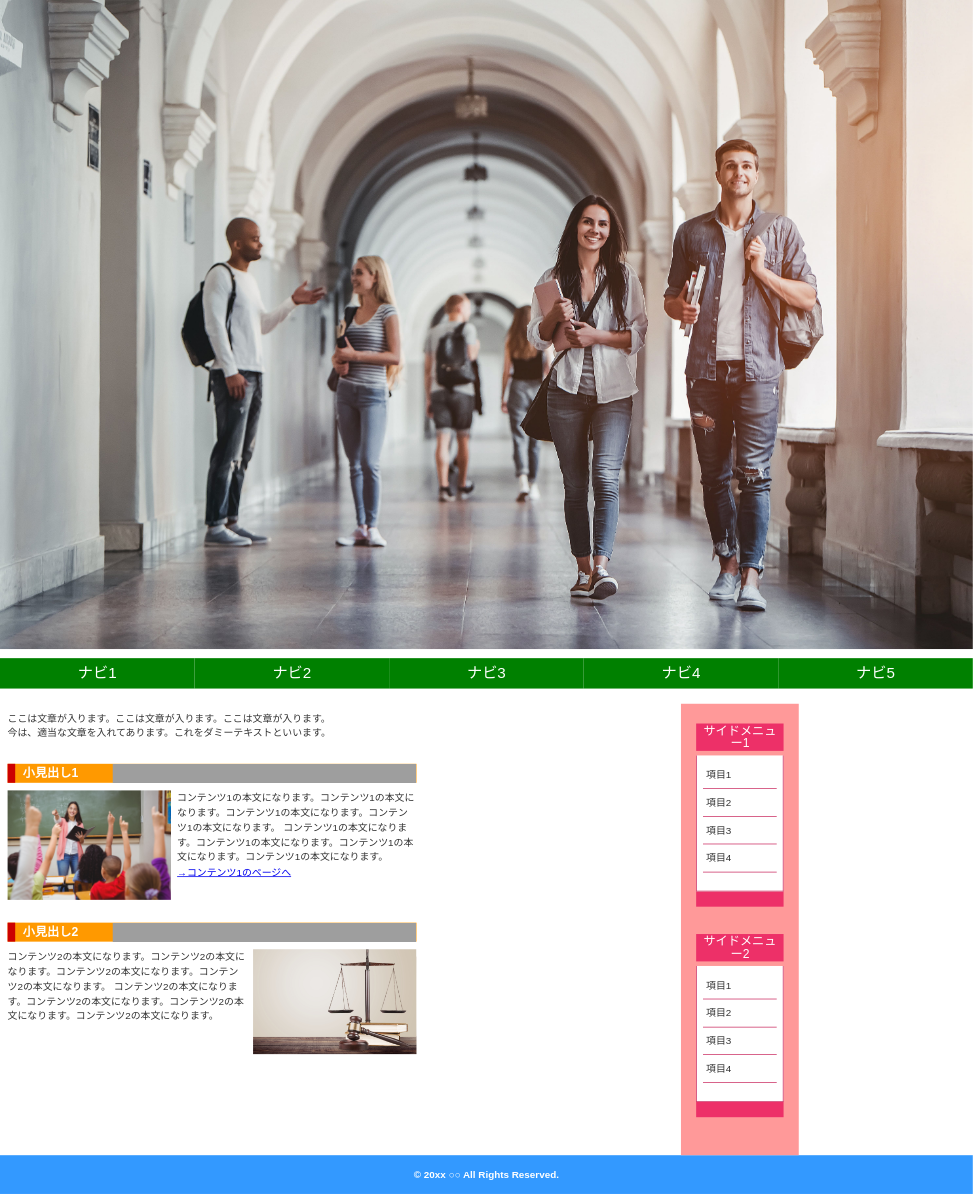
Repository: Souhei-en/samurai_HTML-CSS
Page: home.html
The author's editor kept a record of every edit. The page is drawn from the files as they stood at one moment, then again after the next edit.
The browser window is 1280 px wide. The pictures show the whole page, at 76% of full size.
Pictures or frames that could not be fetched are drawn as grey boxes.

Above is the page before.

### home.html
<!DOCTYPE html>
<html lang="ja">
    <head>
        <meta charset="UTF-8">
        <title>HTML/CSSの学習</title>
        <link rel="stylesheet" href="stylesheet.css">
    </head>
    <body>
        <div id="header">
            <h1><a href="index.html"><img id="corridor" src="images/corridor.jpg" alt="大学の廊下" /></a></h1>
        </div>
        <div id="wrapper">
            <div id="nav">
                <ul>
                    <li><a href="home.html">ナビ1</a></li>
                    <li><a href="#">ナビ2</a></li>
                    <li><a href="#">ナビ3</a></li>
                    <li><a href="#">ナビ4</a></li>
                    <li><a href="#">ナビ5</a></li>
                </ul>
            </div>
               <div id="container">
                 <div id="main">
                    <div class="post">
                        <p>ここは文章が入ります。ここは文章が入ります。ここは文章が入ります。<br />今は、適当な文章を入れてあります。これをダミーテキストといいます。</p>
                    </div>
                    <div class="post clearfix">
                        <h2>小見出し1</h2>
                        <img class="left" src="images/classroom.jpg" alt="授業風景" />
                        <p>
                            コンテンツ1の本文になります。コンテンツ1の本文になります。コンテンツ1の本文になります。コンテンツ1の本文になります。
                            コンテンツ1の本文になります。コンテンツ1の本文になります。コンテンツ1の本文になります。コンテンツ1の本文になります。
                        </p>
                        <p><a href="#">→コンテンツ1のページへ</a></p>
                    </div>
                    <div class="post clearfix">
                        <h2>小見出し2</h2>
                        <img class="right" src="images/scale.jpg" alt="天秤" />
                        <p>
                            コンテンツ2の本文になります。コンテンツ2の本文になります。コンテンツ2の本文になります。コンテンツ2の本文になります。
                            コンテンツ2の本文になります。コンテンツ2の本文になります。コンテンツ2の本文になります。コンテンツ2の本文になります。
                        </p>
                    </div>
                </div>
             <div id="side">
                <div class="box">
                    <h2>サイドメニュー1</h2>
                    <div class="boxBody">
                        <ul>
                            <li>項目1</li>
                            <li>項目2</li>
                            <li>項目3</li>
                            <li>項目4</li>
                        </ul>
                    </div>
                </div>
                <div class="box">
                    <h2>サイドメニュー2</h2>
                    <div class="boxBody">
                        <ul>
                            <li>項目1</li>
                            <li>項目2</li>
                            <li>項目3</li>
                            <li>項目4</li>
                        </ul>
                    </div>
                </div>
            </div>
        </div>
        <div id="footer">
            <p>&copy; 20xx ○○ All Rights Reserved.</p>
        </div>
    </body>
</html>

### stylesheet.css
@charset "utf-8";

body {
	margin: 0;
	padding: 0;
	font-family: "ヒラギノ角ゴ Pro W3", "Hiragino Kaku Gothic Pro", "メイリオ", Meiryo, Osaka, "ＭＳ Ｐゴシック", "MS PGothic", sans-serif;
	color: #333;
	font-size: 13px;
	line-height: 150%;
}

/* -------------------- wrapper -------------------- */
#wrapper {
    width: 100%;
    margin: auto;
    padding: 0px;
    border: 0px;
    background-color: #FFF;
    top: 10px;
    position: relative;
}

/* -------------------- header -------------------- */
#header {
	width: 100%;
}
#header h1 {
	margin: 0;
	padding: 0;
}

#corridor {
	width: 100%;
	height: auto;
}

/* -------------------- footer -------------------- */
#footer {
	clear: both;
	width: 100%;
	padding: 3px 0 3px 0;
	background: #39F;
	color: #FFF;
	font-weight: bold;
	text-align: center;
}
 /* -------------------- nav -------------------- */
 #nav {
	 width: 100%;
 }
 #nav ul {
 	display: flex;
	 margin: 0;
	 padding: 0;
	 list-style-type: none;
 }
 #nav ul li {
	 width: 20%;
	 text-align: center;
 }
 #nav ul li a {
	 display: block;
	 height: 20px;
	 margin: 0;
	 padding: 10px;
	 color: #FFF;
	 font-size: 20px;
	 text-decoration: none;
	 background-color: green;
 }

  #nav ul li a:hover {
  	     filter: drop-shadow(10px 10px 10px black);
  }

 /* -------------------- container -------------------- */
 #container {
	 width: 100%;
	 margin: auto ;
	 padding: auto;
	 padding-top: 20px;
	 clear: both;
	 display: grid;
	 grid-template-columns: 70vw 30vw;
 }
 /* -------------------- main -------------------- */
 #main {
	 width: 95%;
	 float: left;
	 width: 60%;
	 padding: 10px 30px 10px 10px;
 }
 #main h2 {
	 margin: 0 0 10px 0;
	 padding: 3px 10px 3px 10px;
	 color: #FFF;
	 font-size: 16px;
	 border-left: solid 10px #C00;
	 background: #F90 url(../images/main_h2.jpg) right top repeat-y;
 }
 #main p {
	 margin: 0;
	 padding: 0;
 }
 #main .post {
	 margin: 0 0 30px 0;
 }

 #main .post img.right {
	 margin: 0 0 0 8px;
 }
 #main .post img.left {
	 margin: 0 8px 0 0;
 }

 .right {
	 float: right;
	 width: 40%;
	 height: auto;
 }
 .left {
	 float: left;
	 width: 40%;
	 height: auto;
 }

 /* -------------------- clearfix -------------------- */
 .clearfix {
	 zoom: 1;
 }
 .clearfix:after{
	 content: "";
	 display: block;
	 clear: both;
 }

 /* -------------------- side -------------------- */
 #side {
 	 float: right;
 	 width: 30%;
 	 padding: 20px;
 	 background-color: #F99;
 }
 #side .box {
 	 margin: 0 auto 30px auto;
 	 padding: 0 0 20px 0;
 	 background: url(images/side_box.png) bottom no-repeat;
 }
 #side .box h2 {
 	 margin: 0;
 	 padding: 8px;
 	 text-align: center;
 	 color: #fff;
 	 font-size: 16px;
 	 line-height: 16px;
 	 font-weight: normal;
 	 background: url(images/side_box_h2.png) center no-repeat;
 }
 #side .box .boxBody {
 	 padding: 8px;
 	 border-right: solid 1px #C36;
 	 border-bottom: solid 1px #C36;
 	 border-left: solid 1px #C36;
 	 background: #fff;
 }
 #side .box .boxBody ul {
 	 margin: 0 0 16px 0;
 	 padding: 0;
 }
 #side .box .boxBody ul li {
 	 padding: 8px 0 8px 4px;
 	 list-style: none;
 	 border-bottom: solid 1px #C36;
 }

#side .box .boxBody ul li:hover {
	padding: 8px 0 8px 4px;
	list-style: none;
	border-bottom: solid 1px #C36;
	box-shadow: 0px 4px 4px rgba(0, 0, 0, 0.3);
}

After the next edit:
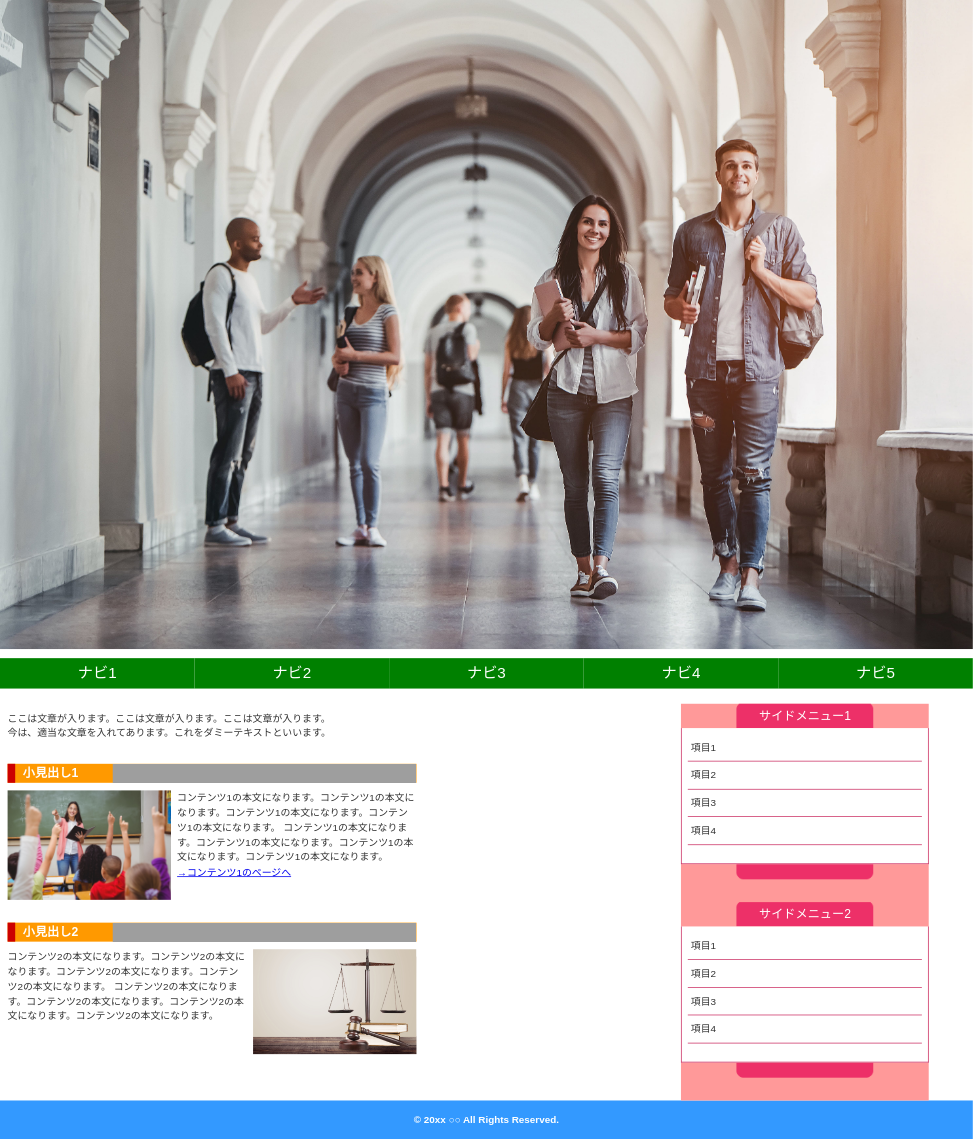
The edit:
--- a/stylesheet.css
+++ b/stylesheet.css
@@ -136,8 +136,9 @@
 
  /* -------------------- side -------------------- */
  #side {
+ 	 width: 85%;
  	 float: right;
- 	 width: 30%;
+ 	 width: 30%
  	 padding: 20px;
  	 background-color: #F99;
  }
